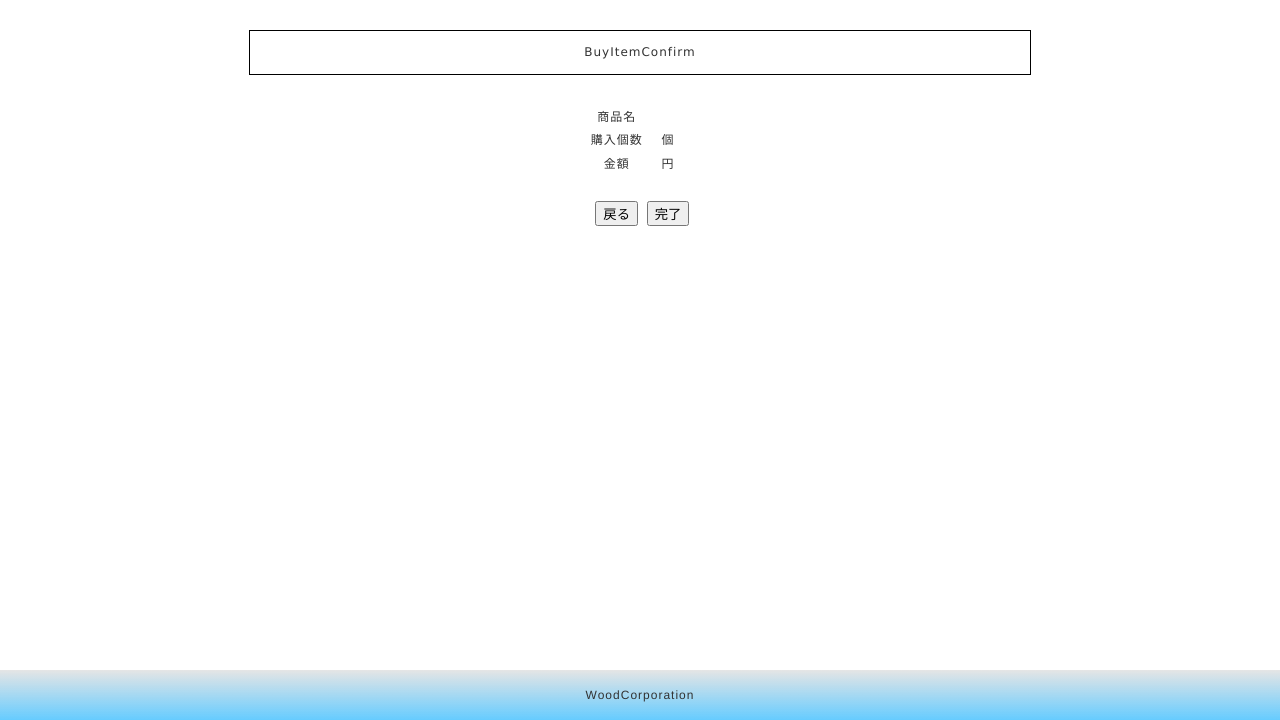
Repository: pokopen-6/test
Page: http://localhost/wood/buyItemConfirm.jsp
These files come from the project's save history. The page is drawn as it stood at one moment and after the next save; the edit follows.
The browser window is 1280 px wide. The pictures show the whole page.
Some web libraries are served in a nearby version. The page is served by Tomcat 9.

Above is the page before, as saved 2018-04-26 02:45:57.

After the next save:
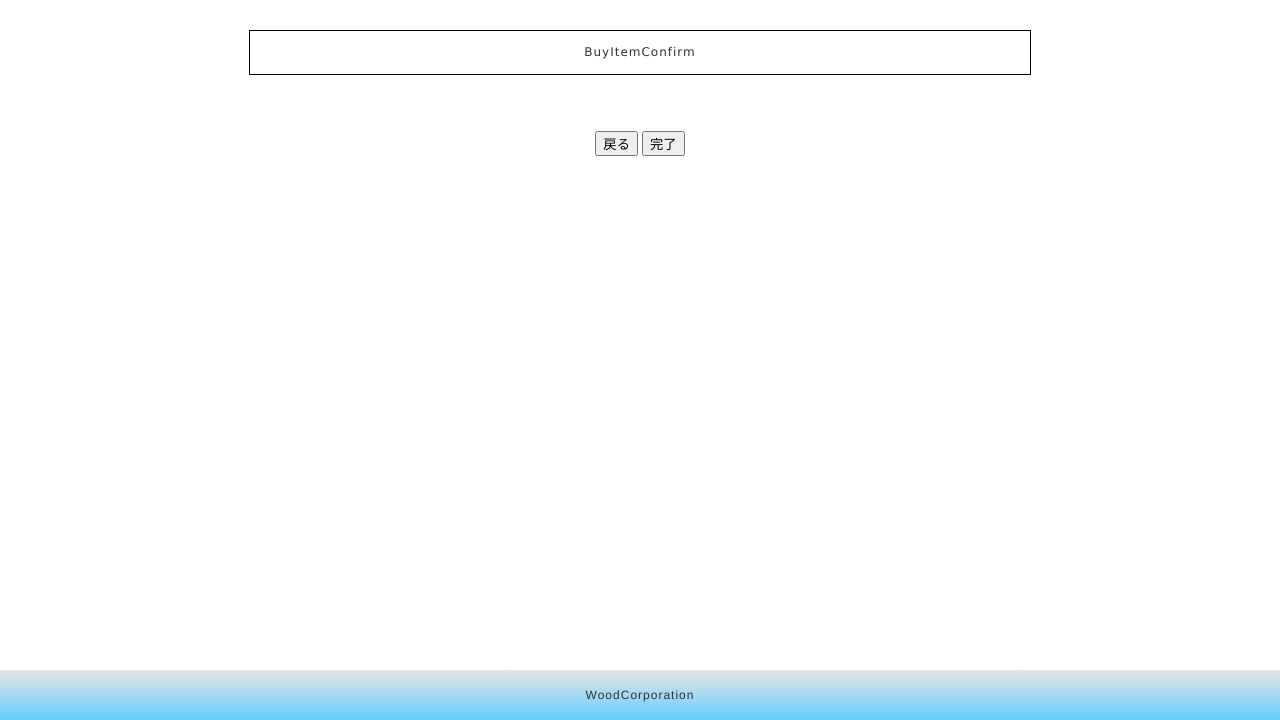
Saved 100 min 15 s later.
--- a/wood/WebContent/buyItemConfirm.jsp
+++ b/wood/WebContent/buyItemConfirm.jsp
@@ -73,6 +73,7 @@
 	<div>
 		<s:form >
 			<table>
+			<s:iterator value="selectItemList">
 				<tr>
 					<td>商品名</td>
 					<td><s:property value="session.product_name"/></td>
@@ -86,6 +87,7 @@
 					<td>金額</td>
 					<td><s:property value="session.product_price"/><span>円</span></td>
 				</tr>
+				</s:iterator>
 				<tr>
 					<td><br></td>
 				</tr>
